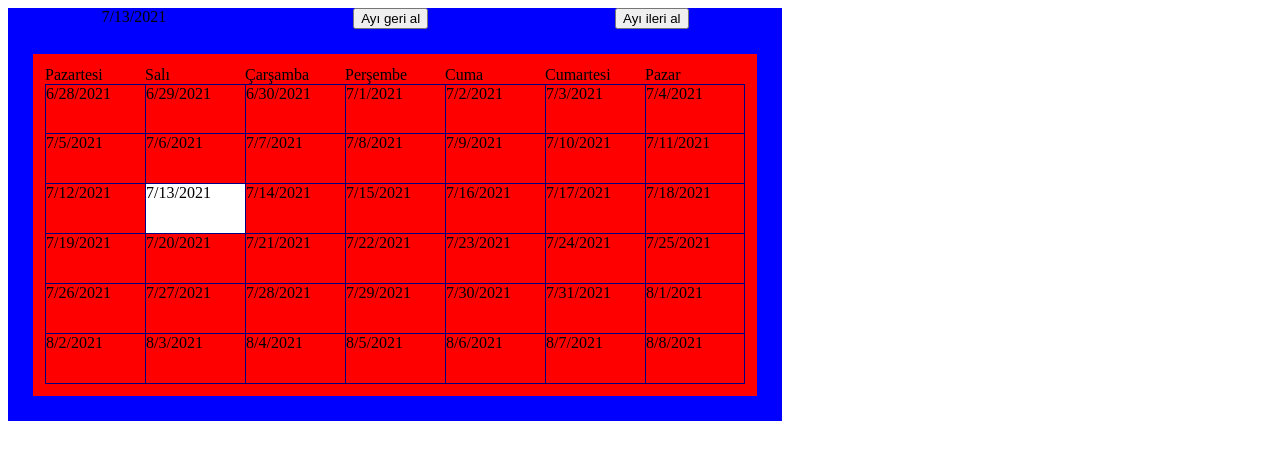
Repository: ahmetbugraozcan/javascript-calendar
Page: tablo.html
The author's editor kept a copy of each file at every save. The page is drawn from the files as they stood at one save, then again after the next save.
The browser window is 1280 px wide. The pictures show the whole page.

Above is the page before, as saved 2021-07-13 11:15:29.

After the next save:
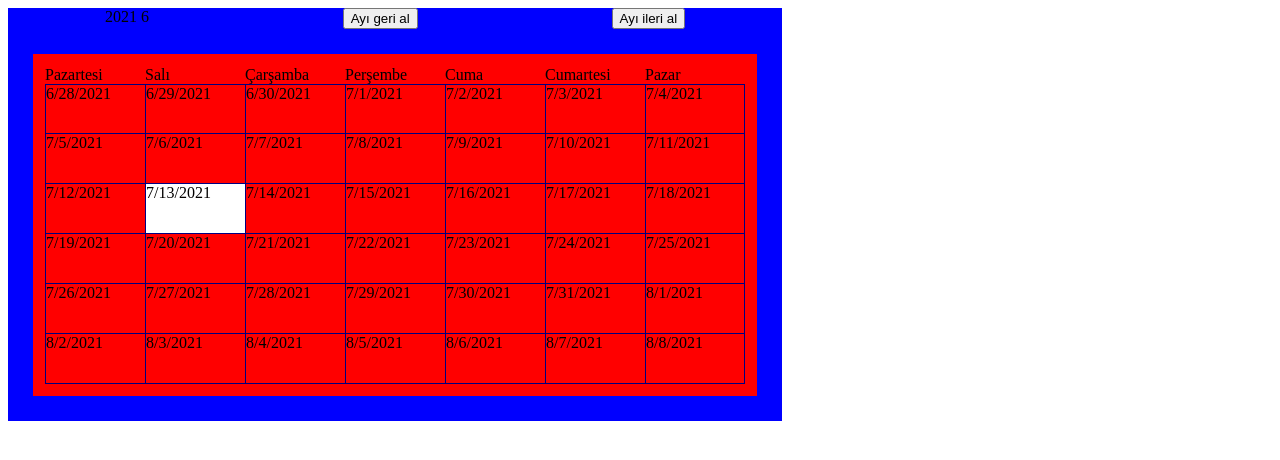
Saved 37 s later.
--- a/tablo.html
+++ b/tablo.html
@@ -206,7 +206,7 @@
             }
 
 
-            document.getElementById("currentDate").innerHTML = currentDate.toLocaleDateString();
+            document.getElementById("currentDate").innerHTML = currentYear + " " + currentMonth;
             for (let i = 0; i < 6; i++) {
                 document.getElementById(`pazar${i}`).innerHTML = pazar[i];
                 document.getElementById(`pazartesi${i}`).innerHTML = pazartesi[i];
